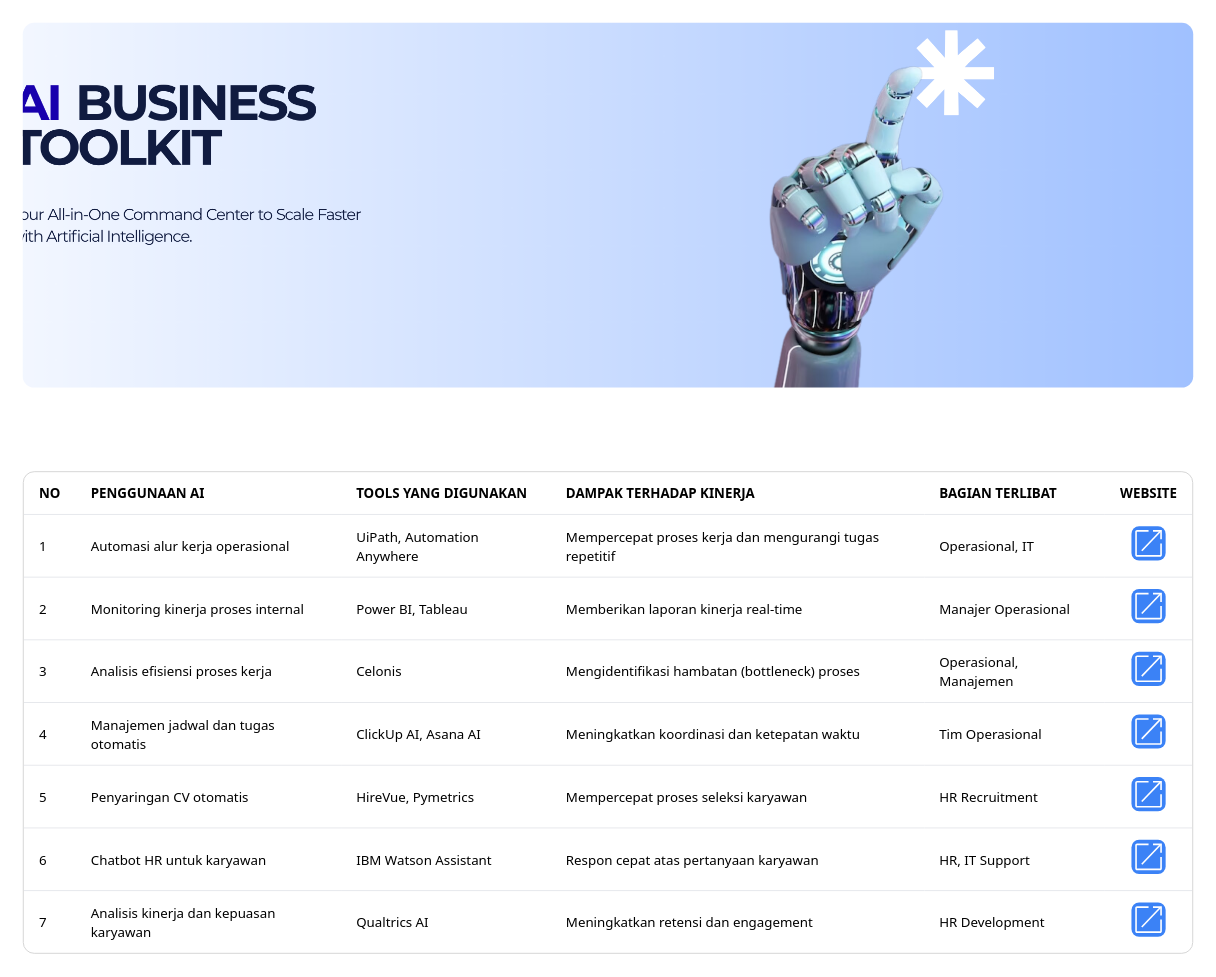
Repository: MUHAMADTEGARWIJAYA/AI-BUSINESS-TOOLKIT
Page: /ai/operasional
The author's editor kept a copy of each file at every save. The page is drawn from the files as they stood at one save, then again after the next save.
The browser window is 1280 px wide. The pictures show the whole page, at 95% of full size.
The project was rebuilt for these pictures with package versions that can differ from the ones it lists, and the page was loaded fresh each time. Also part of the build but not shown: vite.config.js, src/views/NamaFloating.vue, src/views/HomeView.vue.

Above is the page before, as saved 2026-01-07 15:41:04.

After the next save:
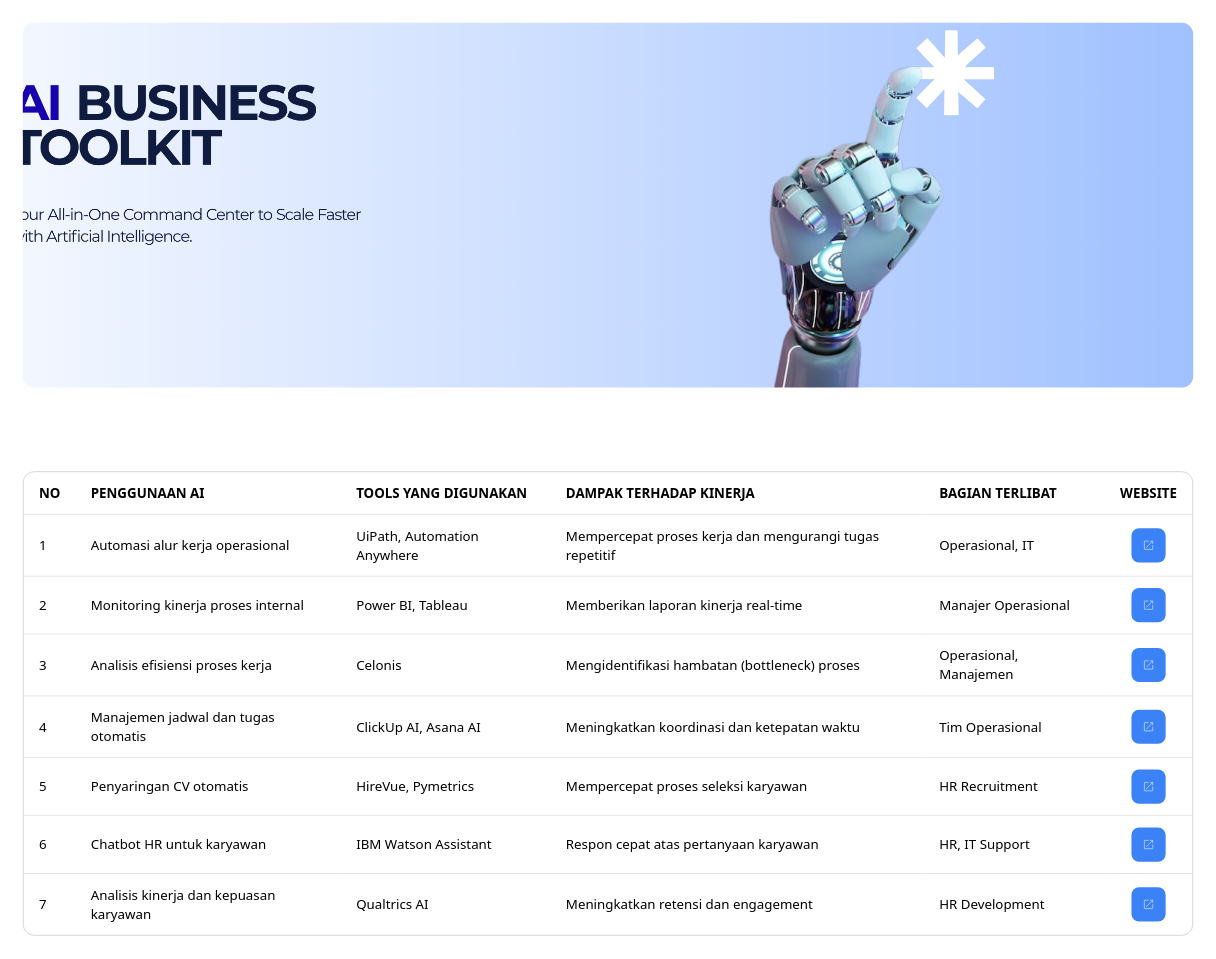
Saved 18 s later.
--- a/src/views/AiOperansional.vue
+++ b/src/views/AiOperansional.vue
@@ -49,7 +49,7 @@
               <a
                 :href="item.link"
                 target="_blank"
-                class="inline-flex items-center text-white justify-center w-9 h-9 rounded-lg bg-blue-500 hover:bg-blue-400 transition"
+                class="inline-flex items-center py-3 px-3 text-white justify-center w-9 h-9 rounded-lg bg-blue-500 hover:bg-blue-400 transition"
               >
                 <svg
                   viewBox="0 0 64 64"
